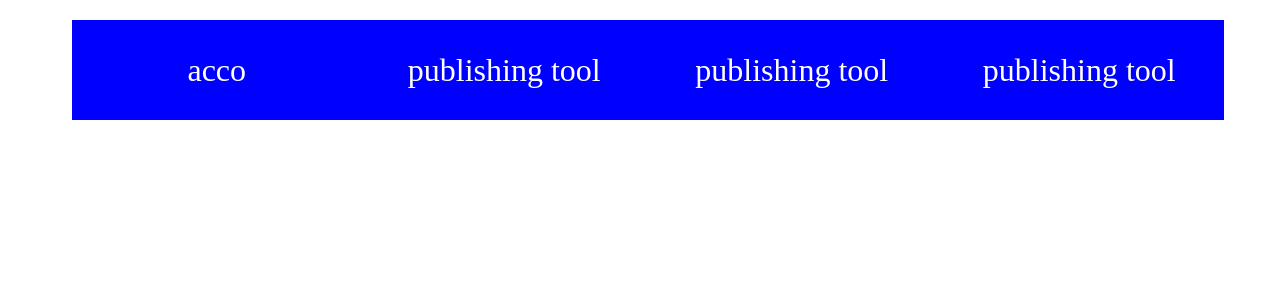
Repository: wimkinnet/Acco_Publish
Page: index.html
The author's editor kept a record of every edit. The page is drawn from the files as they stood at one moment, then again after the next edit.
The browser window is 1280 px wide. The pictures show the whole page.

Above is the page before.

### index.html
<!DOCTYPE html>
<html>
  <head>
    <title>Publish Tool - Main page</title>
    <meta charset = "utf-8">
    <style>
      .page-header {
        width: 90vw;
        margin: 20px 5vw 20px 5vw;
        background: blue;
        height: 100px;
      }
      .page-header table {
        width: 100%;
        height: 100%;
      }
      .page-header td {
        display: table-cell;
        height: 100%;
        color: white;
        font-size: 2rem;
        width: 25%;
        text-align: center;
        vertical-align: middle;
      }
      .page-header-td-middle {
        width: 50%;
      }
      .page-header a {
        text-decoration: none;
        color: white;
      }
    </style>
  </head>
  <body>
    <div class="page-header">
      <table>
        <tr>
          <td>
            <a href="http://www.acco.be" target="_blank" >acco</a>
          </td>
          <td class="page-header-td-middle">
            publishing tool
          </td>
          <td>
            publishing tool
          </td>
          <td>
            publishing tool
          </td>
        </tr>
      </table>
    </div>
  </body>
</html>

After the next edit:
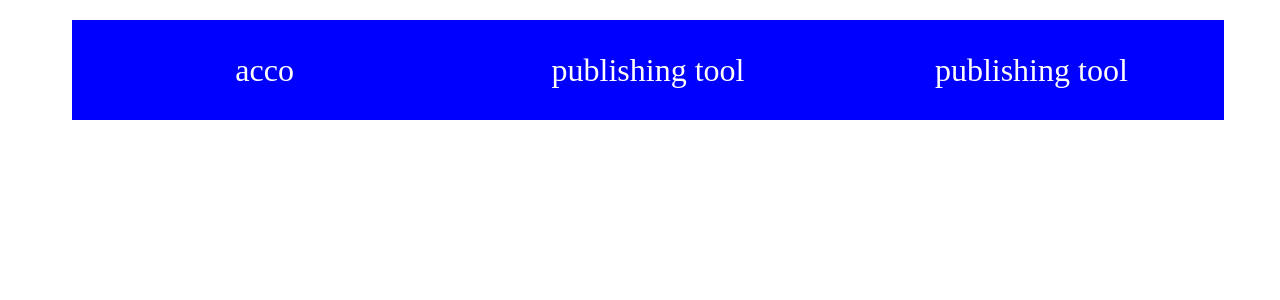
The edit:
--- a/index.html
+++ b/index.html
@@ -45,9 +45,6 @@
           <td>
             publishing tool
           </td>
-          <td>
-            publishing tool
-          </td>
         </tr>
       </table>
     </div>
